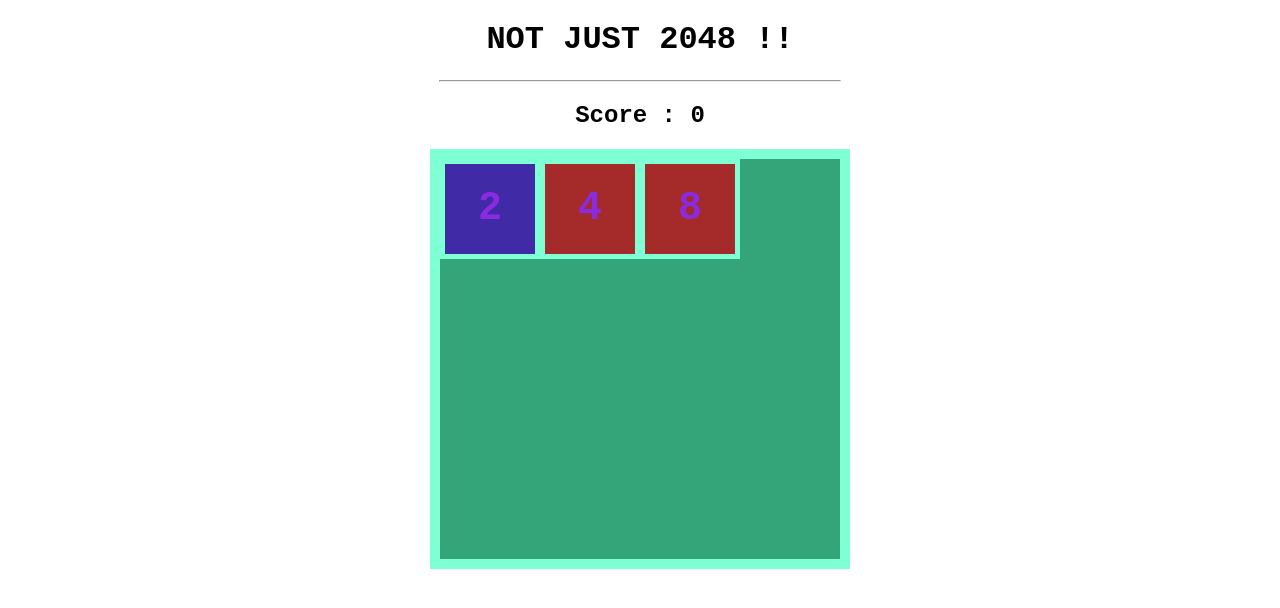
Repository: Prathamyadav1123/2048Game
Page: NotJust2048-main/2048.html
An editor plug-in stored every save of this project. The page is shown before and after a run of saves, followed by the edit.
The browser window is 1280 px wide. The pictures show the whole page.

Above is the page before, as saved 2023-05-31 19:56:34.

After the next 2 saves:
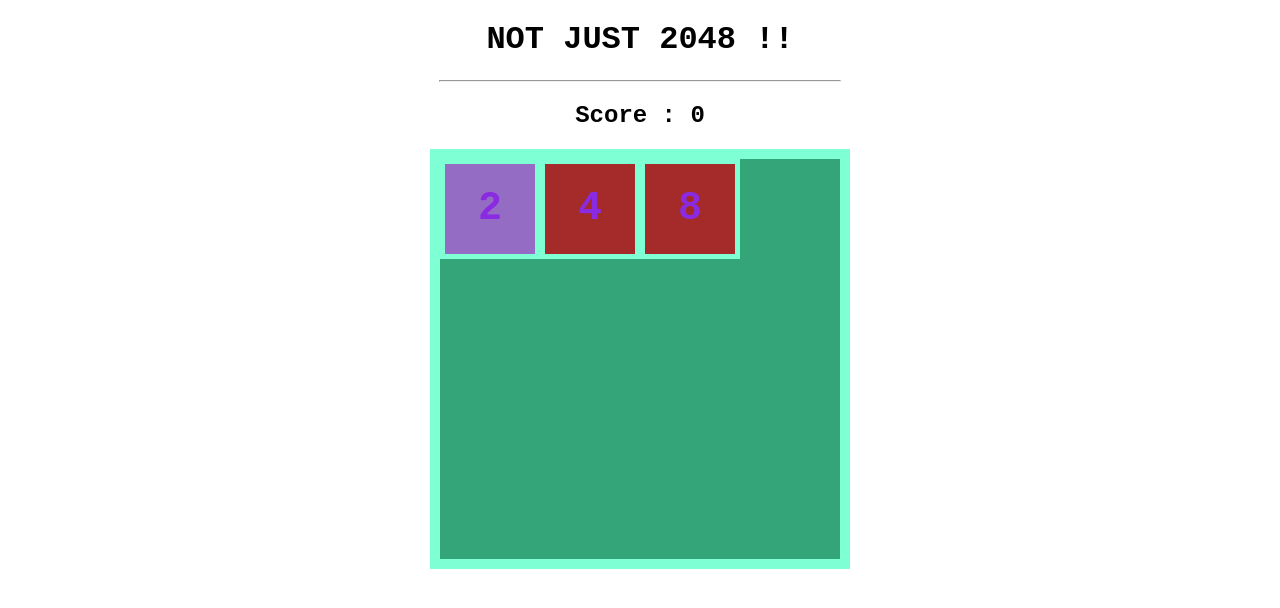
The 2 saves are shown as one change because they came seconds apart.
The last was saved 8 s later.
--- a/NotJust2048-main/2048.css
+++ b/NotJust2048-main/2048.css
@@ -26,7 +26,7 @@ hr{
     align-items: center;
 }
 .x2{
-    background-color: rgb(65, 42, 165);
+    background-color: rgb(148, 108, 196);
     color:blueviolet;
 }
 .x4{
